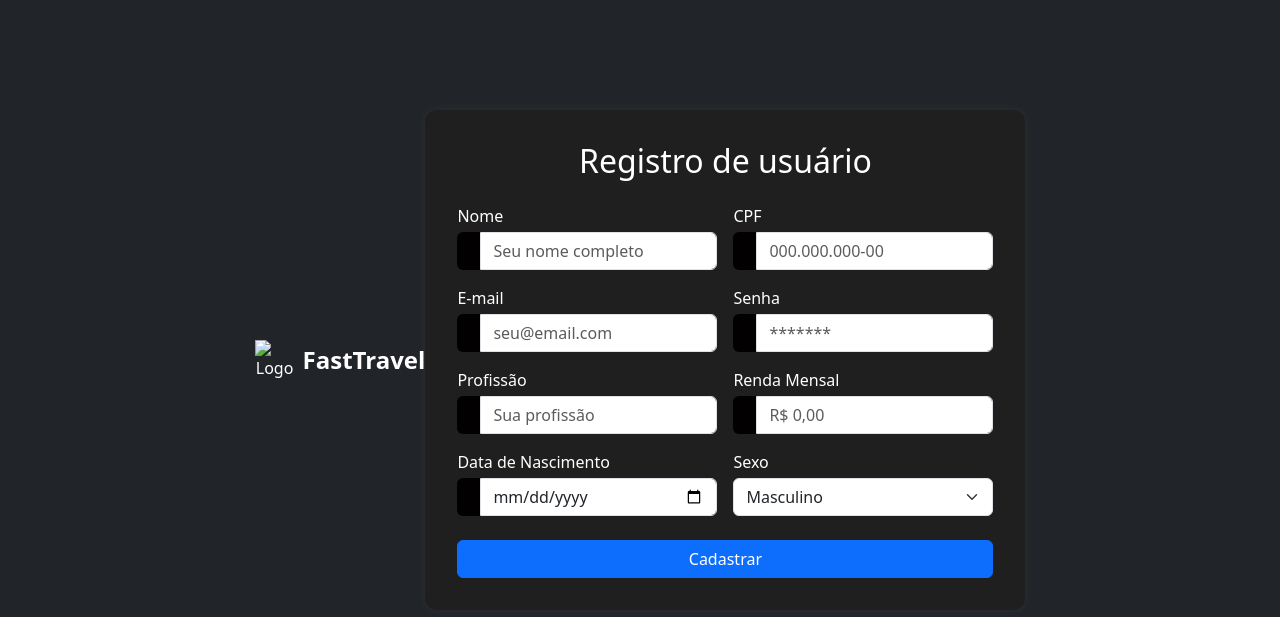
Repository: Suttiago/fasttravel-back
Page: app/templates/Cadastro.html
The author's editor kept a copy of each file at every save. The page is drawn from the files as they stood at one save, then again after the next save.
The browser window is 1280 px wide. The pictures show the whole page.
The template is drawn by Flask 3. The application's start-up code is not run. Other server files are loaded and not shown. The template is opened directly, without the code that normally fills it, so the values that code supplies are empty.

Above is the page before, as saved 2025-05-30 10:40:57.
Not found: static/logo_branca.png

### app/templates/Cadastro.html
<!DOCTYPE html>
<html lang="pt-br">

<head>

  <meta charset="UTF-8">
  <meta name="viewport" content="width=device-width, initial-scale=1.0">
  <title></title>
  <link href="https://cdn.jsdelivr.net/npm/bootstrap@5.3.5/dist/css/bootstrap.min.css" rel="stylesheet">
  <link rel="stylesheet" href="{{ url_for('static', filename='style.css') }}">

</head>

<body class="bg-dark text-white">

 <div class="branding text-center my-4">
  <div class="d-inline-flex align-items-center gap-2">
    <img src="{{ url_for('static', filename='logo_branca.png') }}" alt="Logo FastTravel" width="40" height="40">
    <span class="fs-4 fw-bold text-white">FastTravel</span>
  </div>
</div>

  <div class="form-container">
    <h2 class="text-center mb-4">Registro de usuário</h2>
    <form action="/usuarios" method="POST">
      <div class="row g-3">
        <div class="col-md-6">
          <label for="nome" class="form-label">Nome</label>
          <div class="input-group">
            <span class="input-group-text"><i class="bi bi-person"></i></span>
            <input type="text" class="form-control" id="nome" name="nome" placeholder="Seu nome completo" required>
          </div>
        </div>

        <div class="col-md-6">
          <label for="cpf" class="form-label">CPF</label>
          <div class="input-group">
            <span class="input-group-text"><i class="bi bi-credit-card"></i></span>
            <input type="text" class="form-control" id="cpf" name="cpf" placeholder="000.000.000-00" required>
          </div>
        </div>

        <div class="col-md-6">
          <label for="email" class="form-label">E-mail</label>
          <div class="input-group">
            <span class="input-group-text"><i class="bi bi-envelope"></i></span>
            <input type="email" class="form-control" id="email" name="email" placeholder="seu@email.com" required>
          </div>
        </div>

        <div class="col-md-6">
          <label for="senha" class="form-label">Senha</label>
          <div class="input-group">
            <span class="input-group-text"><i class="bi bi-lock"></i></span>
            <input type="password" class="form-control" id="senha" name="senha" placeholder="*******" required>
          </div>
        </div>

        <div class="col-md-6">
          <label for="profissao" class="form-label">Profissão</label>
          <div class="input-group">
            <span class="input-group-text"><i class="bi bi-briefcase"></i></span>
            <input type="text" class="form-control" id="profissao" name="profissao" placeholder="Sua profissão">
          </div>
        </div>

        <div class="col-md-6">
          <label for="renda" class="form-label">Renda Mensal</label>
          <div class="input-group">
            <span class="input-group-text"><i class="bi bi-currency-dollar"></i></span>
            <input type="number" step="0.01" class="form-control" id="renda" name="renda" placeholder="R$ 0,00">
          </div>
        </div>

        <div class="col-md-6">
          <label for="data_nascimento" class="form-label">Data de Nascimento</label>
          <div class="input-group">
            <span class="input-group-text"><i class="bi bi-calendar"></i></span>
            <input type="date" class="form-control" id="data_nascimento" name="data_nascimento" required>
          </div>
        </div>

        <div class="col-md-6">
          <label for="sexo" class="form-label">Sexo</label>
          <select class="form-select" id="sexo" name="sexo">
            <option value="Masculino">Masculino</option>
            <option value="Feminino">Feminino</option>
            <option value="Outro">Outro</option>
          </select>
        </div>
      </div>

      <div class="d-grid mt-4">
        <button type="submit" class="btn btn-primary">Cadastrar</button>
      </div>
    </form>

  </div>
  <script src="https://cdn.jsdelivr.net/npm/bootstrap@5.3.5/dist/js/bootstrap.bundle.min.js"></script>
</body>

</html>

### app/static/style.css
body {
    background-color: #121212;
    color: #ffffff;
    min-height: 100vh;
    display: flex;
    justify-content: center;
    align-items: center;
    padding: 1rem;
  }

  .form-container {
    background-color: #1f1f1f;
    padding: 2rem;
    border-radius: 12px;
    box-shadow: 0 0 12px rgba(255, 255, 255, 0.05);
    width: 100%;
    max-width: 600px;
  }

  .form-label {
    margin-bottom: 0.25rem;
    font-weight: 500;
  }

  .input-group-text {
    background-color: #020000;
    border: none;
  }
 /* .form-control, .form-control:focus {
    background-color: #000000;
    border: none;
    color: rgb(0, 0, 0);
  }

  .btn-primary {
    background-color: #6e0823;
    border: none;
    font-weight: bold;
  }

  .btn-primary:hover {
    background-color: #810826;
  }
  */
  placeholder {
    color: #000000; /* tom cinza claro para melhor visibilidade */
    opacity: 1; /* força a visibilidade total */
  }

After the next save:
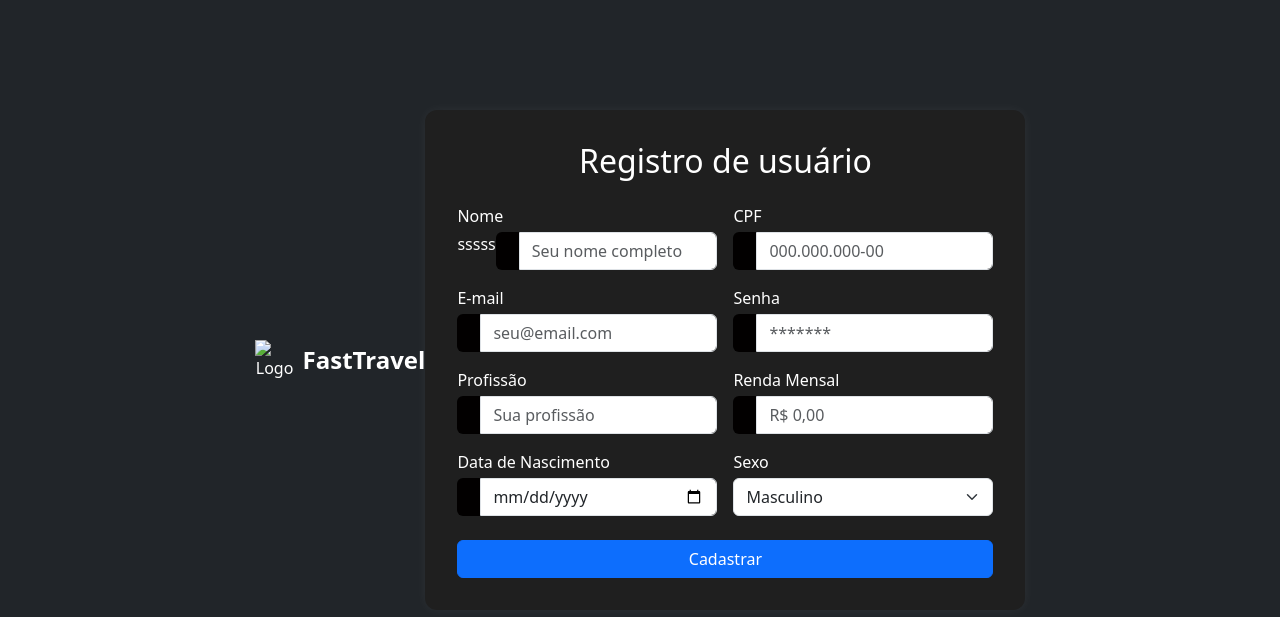
Saved 8 s later.
--- a/app/templates/Cadastro.html
+++ b/app/templates/Cadastro.html
@@ -26,7 +26,7 @@
       <div class="row g-3">
         <div class="col-md-6">
           <label for="nome" class="form-label">Nome</label>
-          <div class="input-group">
+          <div class="input-group">sssss
             <span class="input-group-text"><i class="bi bi-person"></i></span>
             <input type="text" class="form-control" id="nome" name="nome" placeholder="Seu nome completo" required>
           </div>
